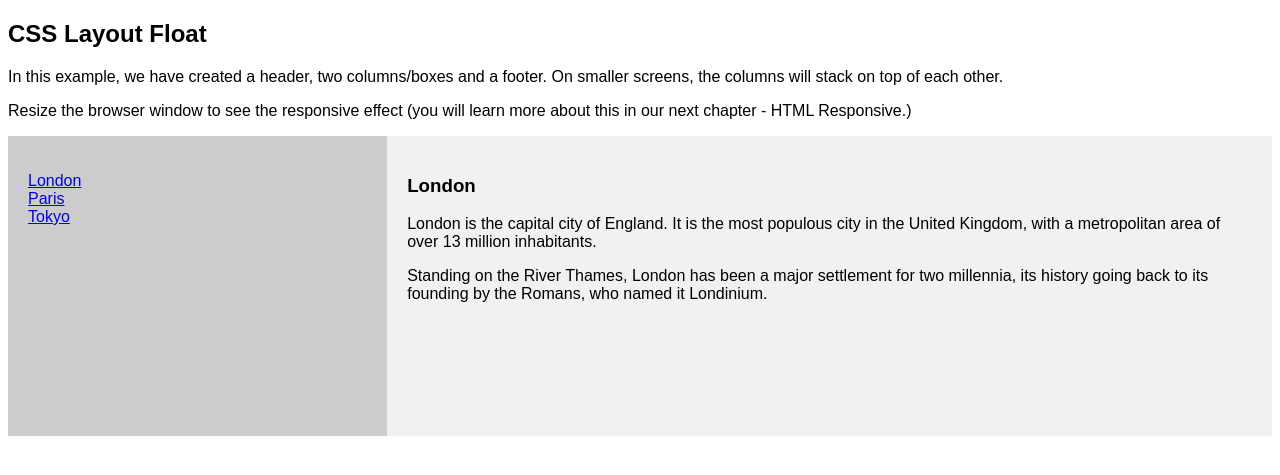
Repository: sandunigayanjali/Library_System
Page: http://localhost/library_management/bookProfille.jsp
An editor plug-in stored every save of this project. The page is shown before and after the next save, followed by the edit.
The browser window is 1280 px wide. The pictures show the whole page.
The page is served by Tomcat 9.

Above is the page before, as saved 2018-11-24 10:48:40.

After the next save:
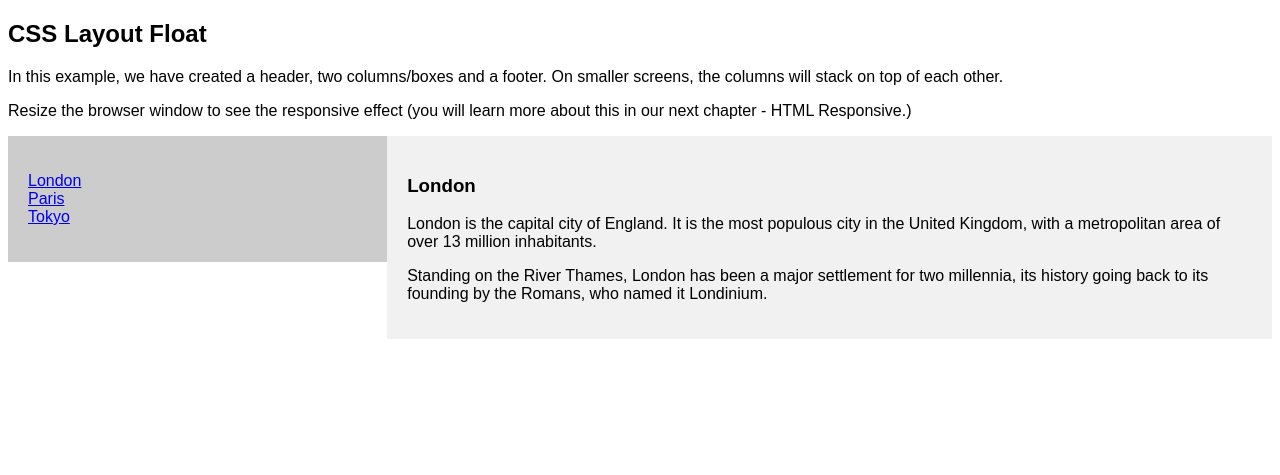
Saved 41 s later.
--- a/library management/WebContent/bookProfille.jsp
+++ b/library management/WebContent/bookProfille.jsp
@@ -30,7 +30,7 @@ header {
 nav {
     float: left;
     width: 30%;
-    height: 300px; /* only for demonstration, should be removed */
+    height: 100%; /* only for demonstration, should be removed */
     background: #ccc;
     padding: 20px;
 }
@@ -46,7 +46,7 @@ article {
     padding: 20px;
     width: 70%;
     background-color: #f1f1f1;
-    height: 300px; /* only for demonstration, should be removed */
+    height: 100%; /* only for demonstration, should be removed */
 }
 
 /* Clear floats after the columns */
